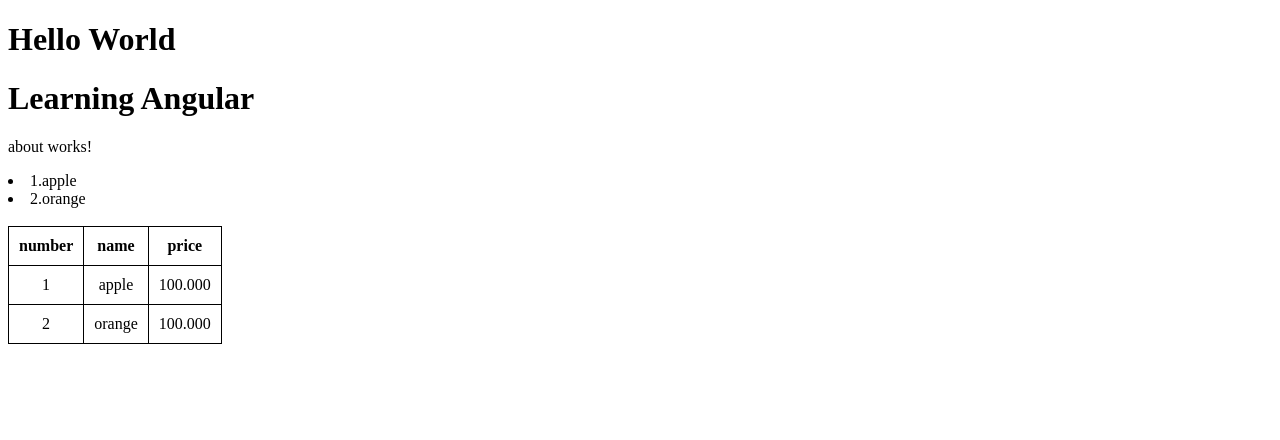
Repository: PhamTrungNguyen/Angular12
Page: / (app in Angular/)
An editor plug-in stored every save of this project. The page is shown before and after the next save, followed by the edit.
The browser window is 1280 px wide. The pictures show the whole page.
The project was rebuilt for these pictures with package versions that can differ from the ones it lists, and the page was loaded fresh each time. Also part of the build but not shown: Angular/angular.json, Angular/src/app/home/home.component.ts.

Above is the page before, as saved 2022-12-31 23:00:59.

### Angular/src/app/app.module.ts
import { NgModule } from '@angular/core';
import { BrowserModule } from '@angular/platform-browser';

import { AppRoutingModule } from './app-routing.module';
import { AppComponent } from './app.component';
import { HomeComponent } from './home/home.component';
import { AboutComponent } from './about/about.component';
import { FormsModule } from '@angular/forms';
@NgModule({
  declarations: [AppComponent, HomeComponent, AboutComponent],
  imports: [BrowserModule, AppRoutingModule, FormsModule],
  providers: [],
  bootstrap: [AppComponent],
})
export class AppModule {}

### Angular/src/app/about/about.component.ts
import { Component } from '@angular/core';

@Component({
  selector: 'app-about',
  templateUrl: './about.component.html',
  styleUrls: ['./about.component.scss'],
})
export class AboutComponent {
  public fruit = ['apple', 'orange'];

  public ngOnInit(): void {
    console.log('Fruit', this.fruit);
  }
}

### Angular/src/app/app.component.html
<h1>Hello World</h1>
<h1>Learning Angular</h1>
<!-- <app-home></app-home> -->
<app-about></app-about>

### Angular/src/app/about/about.component.html
<p>about works!</p>
<div *ngFor="let item of fruit; let i=index">
    <li>{{i+1}}.{{ item }}</li>
</div>
<br>
<table class="table">
    <thead>
        <tr>
            <th>number</th>
            <th>name</th>
            <th>price</th>
        </tr>
    </thead>
    <tbody>
        <tr *ngFor="let item of fruit; let i=index">
            <td>{{i+1}}</td>
            <td>{{item}}</td>
            <td>100.000</td>
        </tr>
    </tbody>
</table>

### Angular/src/app/about/about.component.scss
.table,
td,
th {
  border-collapse: collapse;
  border: 1px solid #000;
  padding: 10px;
  text-align: center;
}

Loaded but not shown: Angular/src/index.html (common file); Angular/src/styles.scss (common file); Angular/src/main.ts (common file); Angular/src/app/app-routing.module.ts (common file); Angular/src/app/app.component.ts (common file); Angular/src/app/app.component.scss (no stored copy; drawn as an empty file)

After the next save:
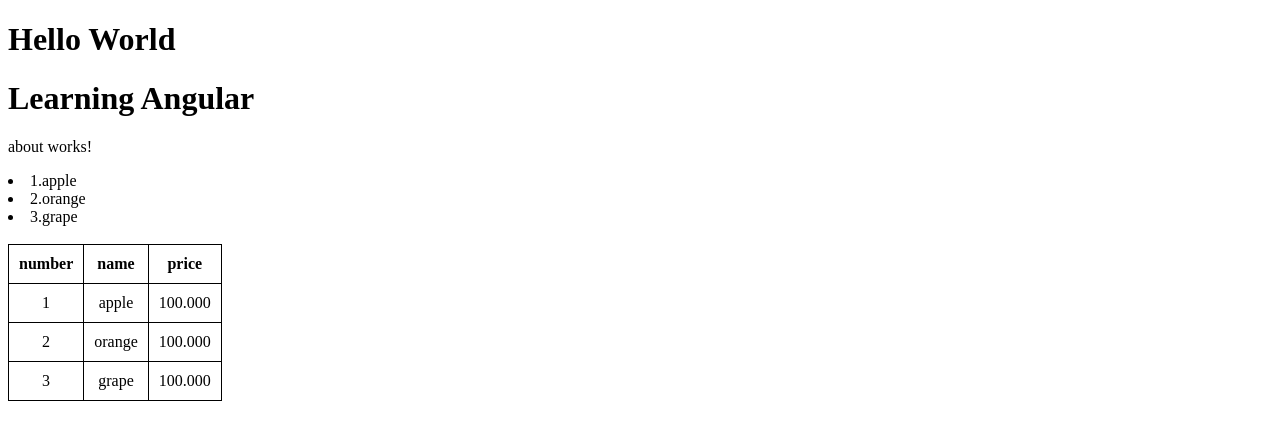
Saved 29 s later.
--- a/Angular/src/app/about/about.component.ts
+++ b/Angular/src/app/about/about.component.ts
@@ -6,7 +6,7 @@
   styleUrls: ['./about.component.scss'],
 })
 export class AboutComponent {
-  public fruit = ['apple', 'orange'];
+  public fruit = ['apple', 'orange', 'grape'];
 
   public ngOnInit(): void {
     console.log('Fruit', this.fruit);
